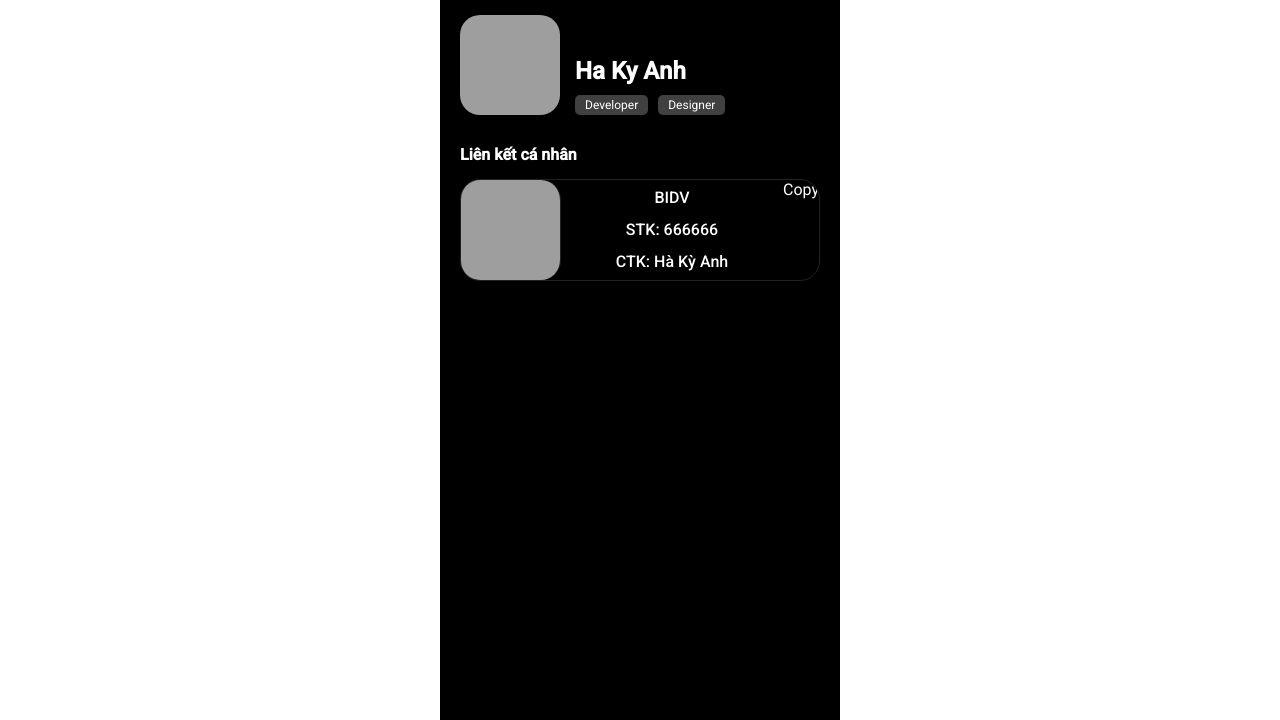
Repository: yzarc204/nguyen-tien-viet-hoang
Page: thong-tin-thanh-toan/index.html
The author's editor kept a copy of each file at every save. The page is drawn from the files as they stood at one save, then again after the next save.
The browser window is 1280 px wide. The pictures show the whole page.
Pictures or frames that could not be fetched are drawn as grey boxes.

Above is the page before, as saved 2021-09-27 10:54:49.

After the next save:
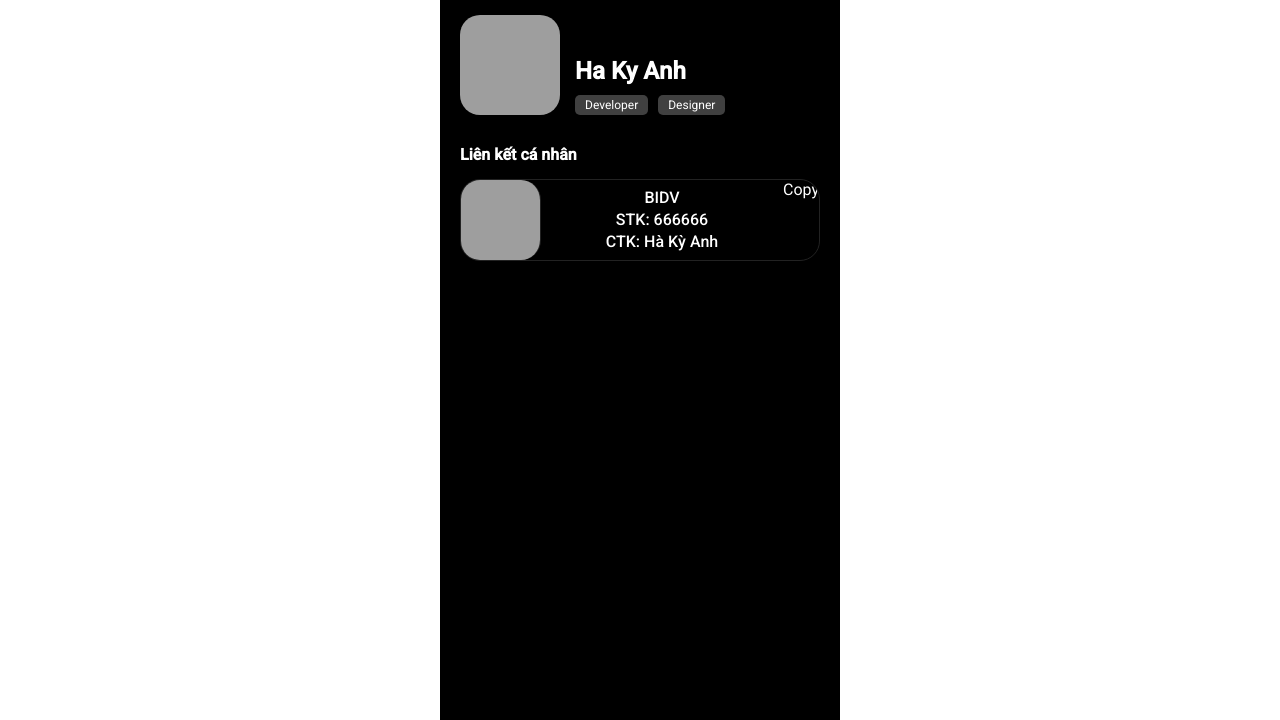
Saved 7 s later.
--- a/thong-tin-thanh-toan/public/css/index.css
+++ b/thong-tin-thanh-toan/public/css/index.css
@@ -81,7 +81,7 @@ body {
     overflow: hidden;
     border: 1px solid #222;
     border-radius: var(--border-rounded);
-    --size: 100px;
+    --size: 80px;
     --border-rounded: 20px;
 }
 .bank {
